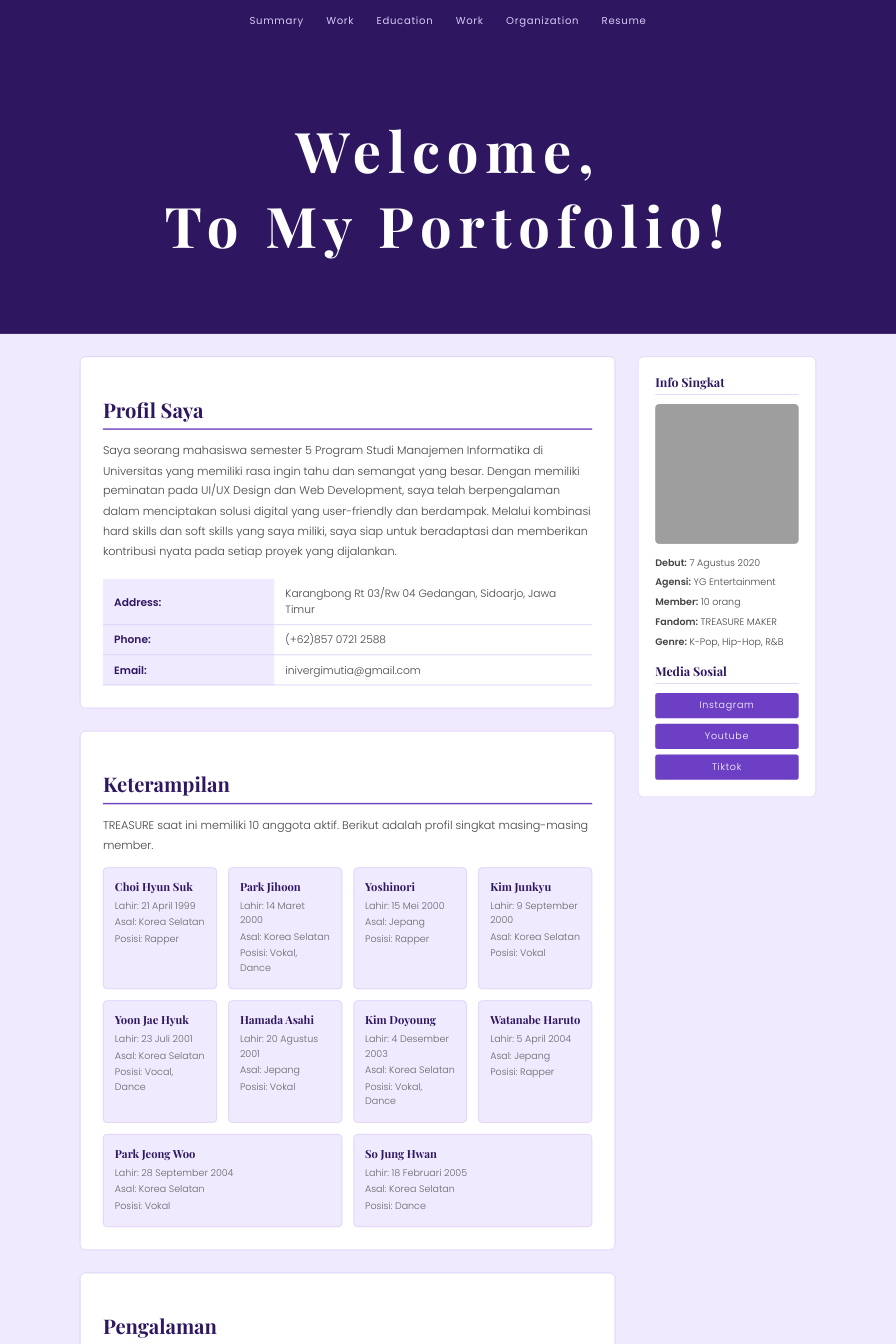
Repository: VergiMutiaRahmasyani/Website-Portofolio
Page: index.html
An editor plug-in stored every save of this project. The page is shown before and after the next save, followed by the edit.
The browser window is 1280 px wide. The pictures show the part of the page from y = 0 to 1920 px (the page is 3023 px tall), at 70% of full size.
Pictures or frames that could not be fetched are drawn as grey boxes.

Above is the page before, as saved 2026-03-07 11:37:14.

### index.html
<!DOCTYPE html>
<html>
    <head>
        <meta charset="utf-8" />
        <meta name="viewport" content="width=device-width, initial-scale=1.0" />
        <title>Portofolio Vergi</title>

        <!-- My Own CSS -->
        <link rel="stylesheet" href="css/style.css" />

        <!-- Google Fonts -->
        <link rel="preconnect" href="https://fonts.googleapis.com">
        <link rel="preconnect" href="https://fonts.gstatic.com" crossorigin>
        <link href="https://fonts.googleapis.com/css2?family=Playfair+Display:wght@400;700&family=Poppins:wght@300;400;600&display=swap" rel="stylesheet">
    </head>

    <body>

        <!-- HEADER -->
        <header class="site-header">

            <!-- NAVBAR -->
            <div class="navbar">
                <nav class="nav-list">
                    <ul>
                        <li><a href="#Summary">Summary</a></li>
                        <li><a href="#Work">Work</a></li>
                        <li><a href="#Education">Education</a></li>
                        <li><a href="#Work">Work</a></li>
                        <li><a href="Organization">Organization</a></li>
                        <li><a href="https://drive.google.com/file/d/13-ep7ykiG-k7d2KfzBZSPx55XoqW1qHe/view?usp=sharing" target="_blank"> Resume</a></li>
                    </ul>
                </nav>
            </div>

            <div class="hero">
                <div class="hero-overlay">
                    <h1>Welcome, <br> To My Portofolio!</h1>
                </div>
            </div>

        </header>

        <!-- MAIN -->
        <main>
            <div class="content-wrapper">
                <div id="content">
                    <article id="profil">
                        <h2>Profil Saya</h2>
                        <p>
                            Saya seorang mahasiswa semester 5 Program Studi Manajemen Informatika di Universitas yang memiliki rasa
                            ingin tahu dan semangat yang besar. Dengan memiliki peminatan pada UI/UX Design dan Web Development,
                            saya telah berpengalaman dalam menciptakan solusi digital yang user-friendly dan berdampak. Melalui
                            kombinasi hard skills dan soft skills yang saya miliki, saya siap untuk beradaptasi dan memberikan kontribusi
                            nyata pada setiap proyek yang dijalankan.
                        </p>

                        <table class="info-table">
                            <tr>
                                <th>Address: </th>
                                <td>Karangbong Rt 03/Rw 04 Gedangan, Sidoarjo, Jawa Timur</td>
                            </tr>
                            <tr>
                                <th>Phone:</th>
                                <td>(+62)857 0721 2588</td>
                            </tr>
                            <tr>
                                <th>Email: </th>
                                <td>inivergimutia@gmail.com</td>
                            </tr>

                        </table>
                    </article>

                    <article id="Keterampilan">
                        <h2> Keterampilan </h2>
                        <p>
                            TREASURE saat ini memiliki 10 anggota aktif. Berikut adalah profil singkat masing-masing member.
                        </p>

                        <div class="member-list">
                            <div class="member-card">
                                <h3>Choi Hyun Suk</h3>
                                <p>Lahir: 21 April 1999</p>
                                <p>Asal: Korea Selatan</p>
                                <p>Posisi: Rapper</p>
                            </div>
                            <div class="member-card">
                                <h3>Park Jihoon</h3>
                                <p>Lahir: 14 Maret 2000</p>
                                <p>Asal: Korea Selatan</p>
                                <p>Posisi: Vokal, Dance</p>
                            </div>
                            <div class="member-card">
                                <h3>Yoshinori</h3>
                                <p>Lahir: 15 Mei 2000</p>
                                <p>Asal: Jepang</p>
                                <p>Posisi: Rapper</p>
                            </div>
                            <div class="member-card">
                                <h3>Kim Junkyu</h3>
                                <p>Lahir: 9 September 2000</p>
                                <p>Asal: Korea Selatan</p>
                                <p>Posisi: Vokal</p>
                            </div>
                            <div class="member-card">
                                <h3>Yoon Jae Hyuk</h3>
                                <p>Lahir: 23 Juli 2001</p>
                                <p>Asal: Korea Selatan</p>
                                <p>Posisi: Vocal, Dance</p>
                            </div>
                            <div class="member-card">
                                <h3>Hamada Asahi</h3>
                                <p>Lahir: 20 Agustus 2001</p>
                                <p>Asal: Jepang</p>
                                <p>Posisi: Vokal</p>
                            </div>
                            <div class="member-card">
                                <h3>Kim Doyoung</h3>
                                <p>Lahir: 4 Desember 2003</p>
                                <p>Asal: Korea Selatan</p>
                                <p>Posisi: Vokal, Dance</p>
                            </div>
                            <div class="member-card">
                                <h3>Watanabe Haruto</h3>
                                <p>Lahir: 5 April 2004</p>
                                <p>Asal: Jepang</p>
                                <p>Posisi: Rapper</p>
                            </div>
                            <div class="member-card">
                                <h3>Park Jeong Woo</h3>
                                <p>Lahir: 28 September 2004</p>
                                <p>Asal: Korea Selatan</p>
                                <p>Posisi: Vokal</p>
                            </div>
                            <div class="member-card">
                                <h3>So Jung Hwan</h3>
                                <p>Lahir: 18 Februari 2005</p>
                                <p>Asal: Korea Selatan</p>
                                <p>Posisi: Dance</p>
                            </div>
                        </div>
                    </article>

                    <article id="pengalaman">
                        <h2>Pengalaman</h2>
                        <p>
                            Sejak debut, TREASURE telah merilis berbagai album dan single yang sukses di tangga lagu Korea maupun internasional.
                        </p>

                        <h3> Pengalaman Organisasi</h3>
                        <ul class="pengalaman-list">
                            <li>
                                <strong>HIMAFORTIC Himpunan Mahasiswa Prodi Manajemen Informatika</strong> — Februari 2022
                                <br><em>Kepala Departemen Agama dan Sosial</em>
                                <br>Bertanggung jawab sebagai steering commitee di dalam program kerja dengan menjadi pengarah,
                                pengawas, dan penasihat  pada seluruh sie/peran.
                            </li>
                            <li>
                                <strong>THE SECOND STEP: CHAPTER TWO</strong> — September 2022
                                <br>Lagu Utama: <em>HELLO</em>
                            </li>
                            <li>
                                <strong>LOVE PULSE</strong> — September 2025
                                <br>Lagu Utama: <em>PARADISE</em>
                            </li>
                        </ul>

                        <h3>Album Penuh</h3>
                        <ul class="pengalaman-list">
                            <li>
                                <strong>The First Step: Treasure Effect</strong> — Desember 2020
                                <br>Lagu Utama: <em>MY TREASURE</em>
                            </li>
                            <li>
                                <strong>REBOOT</strong> — Juli 2023
                                <br>Lagu Utama: <em>BONA BONA</em>
                            </li>
                        </ul>

                        <h3>Single Pilihan</h3>
                        <ul class="pengalaman-list">
                            <li><em>MOVE</em> — 2023</li>
                            <li><em>LAST NIGHT</em> — 2024</li>
                            <li><em>KING KONG</em> — 2024</li>
                            <li><em>YELLOW</em> — 2025</li>
                        </ul>
                    </article>

                </div>

                <!-- ASIDE -->
                <aside>
                    <div class="aside-inner">
                        <h3>Info Singkat</h3>
                        <img src="https://assets.promediateknologi.id/crop/102x655:921x1098/750x0/webp/photo/2023/07/03/F0HwG4daEAE8TSh-2407782942.jpg" alt="Logo TREASURE" class="aside-img" />
                        <ul class="aside-info">
                            <li><strong>Debut:</strong> 7 Agustus 2020</li>
                            <li><strong>Agensi:</strong> YG Entertainment</li>
                            <li><strong>Member:</strong> 10 orang</li>
                            <li><strong>Fandom:</strong> TREASURE MAKER</li>
                            <li><strong>Genre:</strong> K-Pop, Hip-Hop, R&B</li>
                        </ul>

                        <h3>Media Sosial</h3>
                        <ul class="aside-social">
                            <li><a href="https://www.instagram.com/yg_treasure_official/" target="_blank">Instagram</a></li>
                            <li><a href="https://www.youtube.com/@TREASURE" target="_blank">Youtube</a></li>
                            <li><a href="https://tiktok.com/@yg_treasure_tiktok" target="_blank">Tiktok</a></li>
                        </ul>
                    </div>
                </aside>
            </div>

        </main>

        <!-- FOOTER -->
        <footer>
            <p>Website Profil TREASURE &copy;2026 </p>
        </footer>

    </body>
</html>

### css/style.css
*,
*::before,
*::after {
    box-sizing: border-box;
}

/* =====================
   PALET WARNA UNGU
   --ungu-gelap   : #2e1760  (navbar, footer)
   --ungu-utama   : #6c3fc5  (aksen utama)
   --ungu-sedang  : #9b6ee0  (hover, border)
   --ungu-muda    : #d8c8f5  (border ringan)
   --ungu-pucat   : #f0eaff  (background halaman)
   ===================== */

body {
    font-family: 'Poppins', sans-serif;
    font-weight: 300;
    background-color: #f0eaff;
    color: #1a1a1a;
    margin: 0;
}


/* =====================
   HEADER
   ===================== */

header.site-header {
    background-color: #2e1760;
    color: white;
}

/* NAVBAR */
header.site-header .navbar {
    padding: 1rem 2rem;
    position: fixed;
    top: 0;
    left: 0;
    right: 0;
    width: 100%;
    z-index: 999;
    background-color: #2e1760;
}

header.site-header .nav-list ul {
    list-style: none;
    padding: 0;
    margin: 0;

    display: flex;
    justify-content: center;
    gap: 2rem;
}

header.site-header .nav-list li a {
    text-decoration: none;
    color: #d8c8f5;
    font-size: 0.9rem;
    font-weight: 400;
    letter-spacing: 1px;
    transition: color 0.2s ease;
}

header.site-header .nav-list li a:hover {
    color: white;
}

/* HERO */
header.site-header .hero {
    position: relative;
    width: 100%;
    height: 420px;
    overflow: hidden;
    margin-top: 57px;
}

header.site-header .hero .hero-img {
    width: 100%;
    height: 100%;
    object-fit: cover;
    object-position: top;
    opacity: 0.4;
    display: block;
}

header.site-header .hero .hero-overlay {
    position: absolute;
    inset: 0;

    display: flex;
    align-items: center;
    justify-content: center;
}

header.site-header .hero .hero-overlay h1 {
    font-family: 'Playfair Display', serif;
    font-size: 5rem;
    letter-spacing: 10px;
    color: white;
    margin: 0;
    text-align: center;
}


/* =====================
   MAIN & LAYOUT
   ===================== */

main {
    max-width: 1100px;
    margin-inline: auto;
    padding: 2rem 1.5rem;
}

.content-wrapper {
    display: flex;
    gap: 2rem;
    align-items: flex-start;
}

#content {
    flex: 3;

    display: flex;
    flex-direction: column;
    gap: 2rem;
}


/* =====================
   ARTICLE
   ===================== */

article {
    background-color: white;
    border: 1px solid #d8c8f5;
    border-radius: 8px;
    padding: 2rem;
}

article h2 {
    font-family: 'Playfair Display', serif;
    font-size: 1.8rem;
    margin-bottom: 1rem;
    padding-bottom: 0.5rem;
    border-bottom: 2px solid #6c3fc5;
    color: #2e1760;
}

article h3 {
    font-family: 'Playfair Display', serif;
    font-size: 1.2rem;
    margin-top: 1.5rem;
    margin-bottom: 0.5rem;
    color: #6c3fc5;
}

article p {
    line-height: 1.8;
    margin-bottom: 1rem;
    color: #444;
}


/* =====================
   TABEL INFO
   ===================== */

.info-table {
    width: 100%;
    border-collapse: collapse;
    margin-top: 1.5rem;
}

.info-table th,
.info-table td {
    padding: 0.6rem 1rem;
    text-align: left;
    border-bottom: 1px solid #d8c8f5;
    font-size: 0.95rem;
}

.info-table th {
    width: 35%;
    font-weight: 600;
    color: #2e1760;
    background-color: #f0eaff;
}

.info-table td {
    color: #444;
}


/* =====================
   MEMBER CARDS
   ===================== */

.member-list {
    display: flex;
    flex-wrap: wrap;
    gap: 1rem;
    margin-top: 1rem;
}

.member-card {
    flex: 1 1 160px;
    background-color: #f0eaff;
    border: 1px solid #d8c8f5;
    border-radius: 6px;
    padding: 1rem;
}

.member-card h3 {
    font-size: 1rem;
    margin-top: 0;
    margin-bottom: 0.5rem;
    color: #2e1760;
}

.member-card p {
    font-size: 0.85rem;
    color: #666;
    margin: 0.2rem 0;
    line-height: 1.5;
}


/* =====================
   ALBUM LIST
   ===================== */

.pengalaman-list {
    list-style: none;
    padding: 0;
    margin: 0.5rem 0 1rem 0;

    display: flex;
    flex-direction: column;
    gap: 0.6rem;
}

.pengalaman-list li {
    padding: 0.7rem 1rem;
    background-color: #f0eaff;
    border-left: 3px solid #6c3fc5;
    border-radius: 0 4px 4px 0;
    font-size: 0.9rem;
    color: #444;
    line-height: 1.6;
}


/* =====================
   ASIDE
   ===================== */

aside {
    flex: 1;
    position: sticky;
    top: 80px;
}

aside .aside-inner {
    background-color: white;
    border: 1px solid #d8c8f5;
    border-radius: 8px;
    padding: 1.5rem;
}

aside h3 {
    font-family: 'Playfair Display', serif;
    font-size: 1.1rem;
    margin-top: 1.2rem;
    margin-bottom: 0.8rem;
    padding-bottom: 0.4rem;
    border-bottom: 1px solid #d8c8f5;
    color: #2e1760;
}

aside h3:first-child {
    margin-top: 0;
}

.aside-img {
    width: 100%;
    max-width: 250px;
    height: 200px;
    object-fit: cover;
    object-position: top;
    display: block;
    margin: 0.5rem auto 1rem auto;
    border-radius: 6px;
}

.aside-info {
    list-style: none;
    padding: 0;
    margin: 0;

    display: flex;
    flex-direction: column;
    gap: 0.4rem;
}

.aside-info li {
    font-size: 0.85rem;
    color: #444;
    line-height: 1.6;
}

.aside-social {
    list-style: none;
    padding: 0;
    margin: 0;

    display: flex;
    flex-direction: column;
    gap: 0.5rem;
}

.aside-social li a {
    display: block;
    text-align: center;
    padding: 0.5rem;
    background-color: #6c3fc5;
    color: white;
    text-decoration: none;
    border-radius: 4px;
    font-size: 0.85rem;
    letter-spacing: 1px;
    transition: background-color 0.2s ease;
}

.aside-social li a:hover {
    background-color: #9b6ee0;
}


/* =====================
   FOOTER
   ===================== */

footer {
    background-color: #2e1760;
    color: #d8c8f5;
    text-align: center;
    padding: 1.5rem;
    margin-top: 3rem;
    font-size: 0.85rem;
    letter-spacing: 1px;
}


/* =====================
   RESPONSIVE
   ===================== */

@media screen and (max-width: 768px) {
    header.site-header .nav-list ul {
        flex-wrap: wrap;
        justify-content: center;
        gap: 0.8rem;
    }

    .content-wrapper {
        flex-direction: column;
    }

    aside {
        position: static;
        width: 100%;
    }

    .member-card {
        flex: 1 1 130px;
    }
}

After the next save:
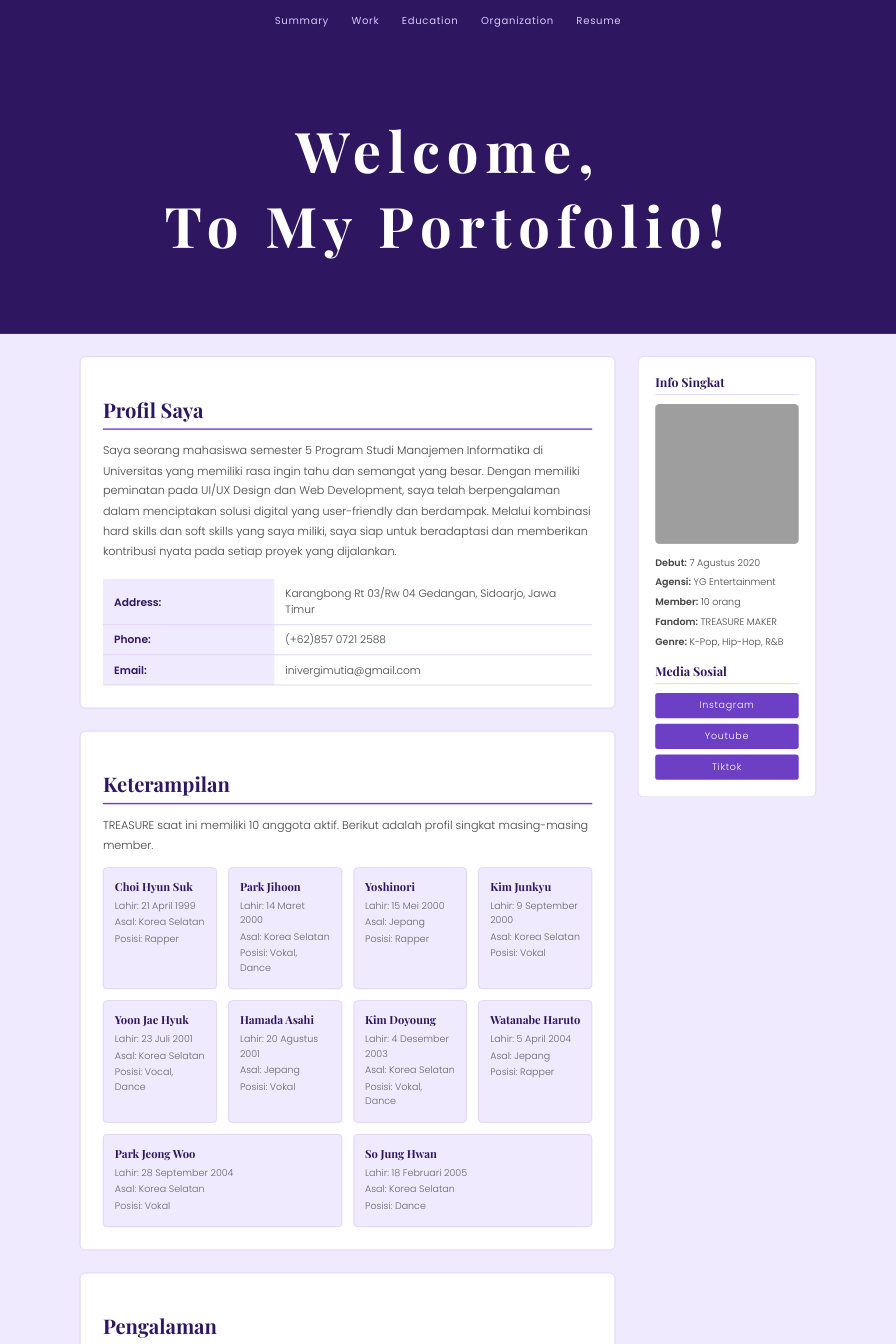
Saved 8 s later.
--- a/index.html
+++ b/index.html
@@ -26,7 +26,6 @@
                         <li><a href="#Summary">Summary</a></li>
                         <li><a href="#Work">Work</a></li>
                         <li><a href="#Education">Education</a></li>
-                        <li><a href="#Work">Work</a></li>
                         <li><a href="Organization">Organization</a></li>
                         <li><a href="https://drive.google.com/file/d/13-ep7ykiG-k7d2KfzBZSPx55XoqW1qHe/view?usp=sharing" target="_blank"> Resume</a></li>
                     </ul>
